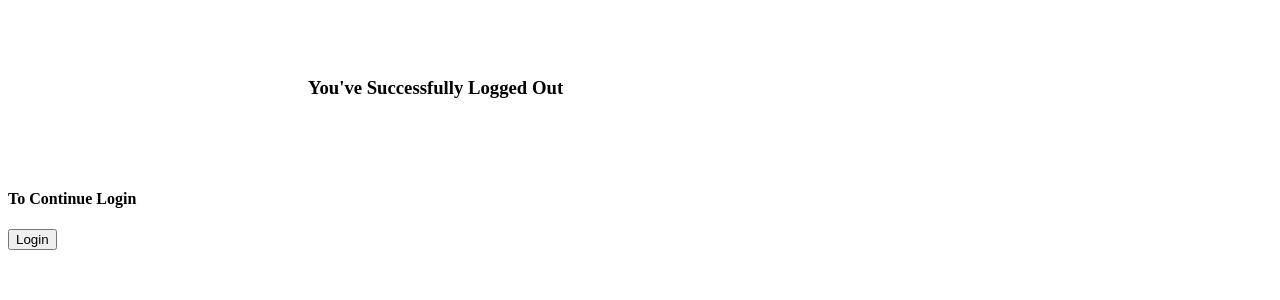
Repository: msibgathulla9980/Servlet
Page: LoginRegistrationApp/WebContent/logout.html
The author's editor kept a copy of each file at every save. The page is drawn from the files as they stood at one save, then again after the next save.
The browser window is 1280 px wide. The pictures show the whole page.

Above is the page before, as saved 2019-01-23 05:25:27.

After the next save:
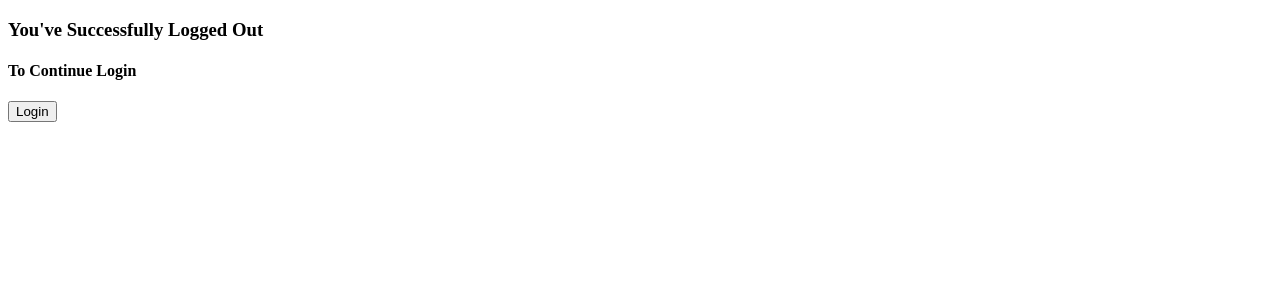
Saved 52 s later.
--- a/LoginRegistrationApp/WebContent/logout.html
+++ b/LoginRegistrationApp/WebContent/logout.html
@@ -5,7 +5,7 @@
 <title>LogoutPage</title>
 </head>
 <body>
-<h3><object align="middle"></object>You've Successfully Logged Out</h3>
+<h3>You've Successfully Logged Out</h3>
 <h4>To Continue Login</h4>
 <a href="login.html" ><input type="submit" value="Login"/></a>
 </body>
